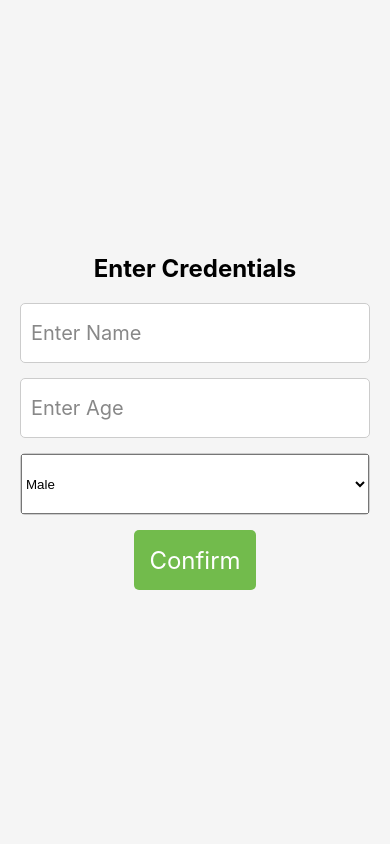
Repository: Rayan-Mansoor/React-Native-Doctor-Appointment-App
Screen: /
The author's editor kept a copy of each file at every save. The screen is drawn from the files as they stood at one save, then again after the next save.
The app was drawn by React Native's web renderer in a window 390 px wide. The project was rebuilt for these pictures with package versions that can differ from the ones it lists, and the page was loaded fresh each time.

Above is the screen before, as saved 2024-06-20 13:49:55.

After the next save:
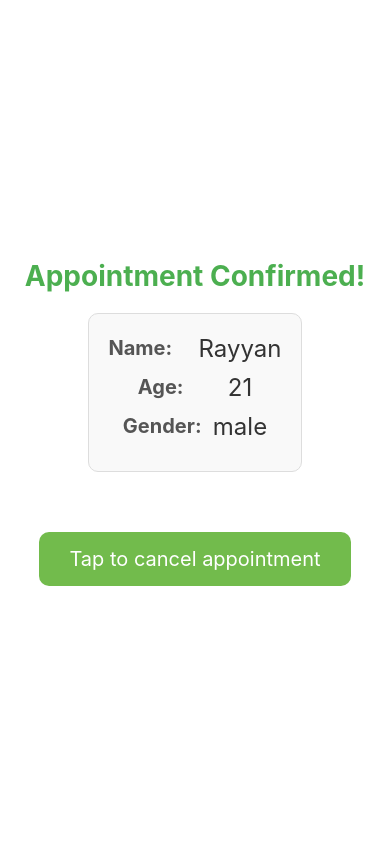
Saved 30 s later.
--- a/App.tsx
+++ b/App.tsx
@@ -20,8 +20,8 @@
          {/* <Stack.Screen name="DoctorList" component={DoctorList} /> */}
         {/* <Stack.Screen name="Appointment" component={Appointment} /> */}
         {/* <Stack.Screen name="Calendar" component={CalendarPrac} /> */}
-        <Stack.Screen name="Home" component={HomeScreen} />
-         {/* <Stack.Screen name="About" component={AboutScreen} /> */}
+        {/* <Stack.Screen name="Home" component={HomeScreen} /> */}
+         <Stack.Screen name="About" component={AboutScreen} />
       </Stack.Navigator>
     </NavigationContainer>
   );

After the save that followed:
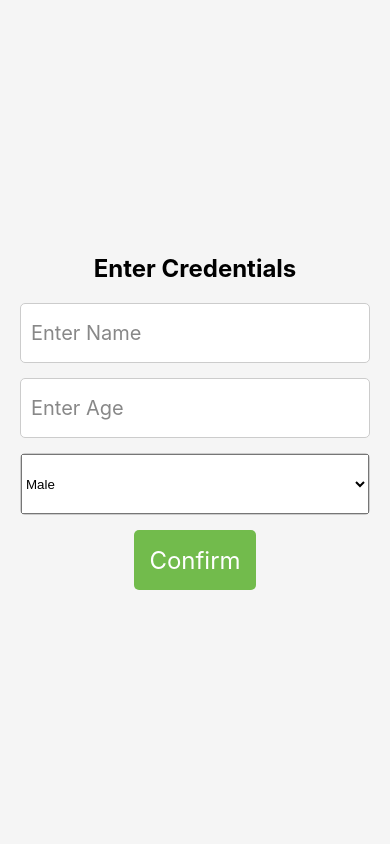
Saved 9 s later.
--- a/App.tsx
+++ b/App.tsx
@@ -20,8 +20,8 @@
          {/* <Stack.Screen name="DoctorList" component={DoctorList} /> */}
         {/* <Stack.Screen name="Appointment" component={Appointment} /> */}
         {/* <Stack.Screen name="Calendar" component={CalendarPrac} /> */}
-        {/* <Stack.Screen name="Home" component={HomeScreen} /> */}
-         <Stack.Screen name="About" component={AboutScreen} />
+        <Stack.Screen name="Home" component={HomeScreen} />
+         {/* <Stack.Screen name="About" component={AboutScreen} /> */}
       </Stack.Navigator>
     </NavigationContainer>
   );
